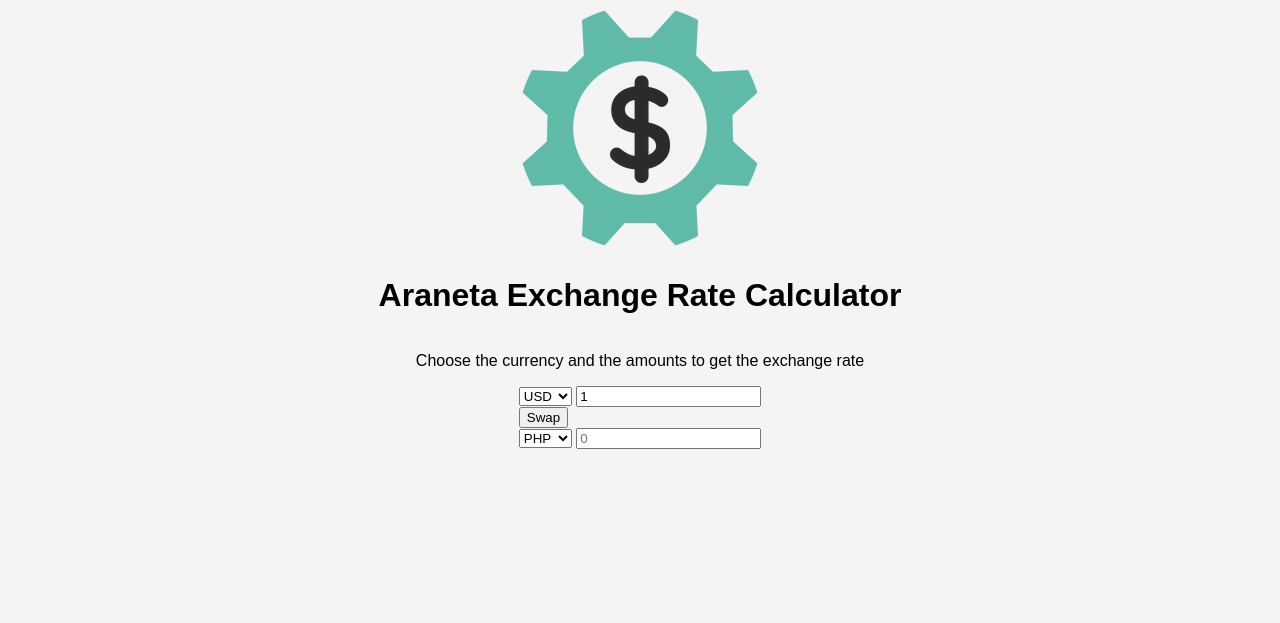
Repository: kenneth1175/ExchangeRateCalculator
Page: index.html
An editor plug-in stored every save of this project. The page is shown before and after the next save, followed by the edit.
The browser window is 1280 px wide. The pictures show the whole page.

Above is the page before, as saved 2025-10-03 19:29:27.

After the next save:
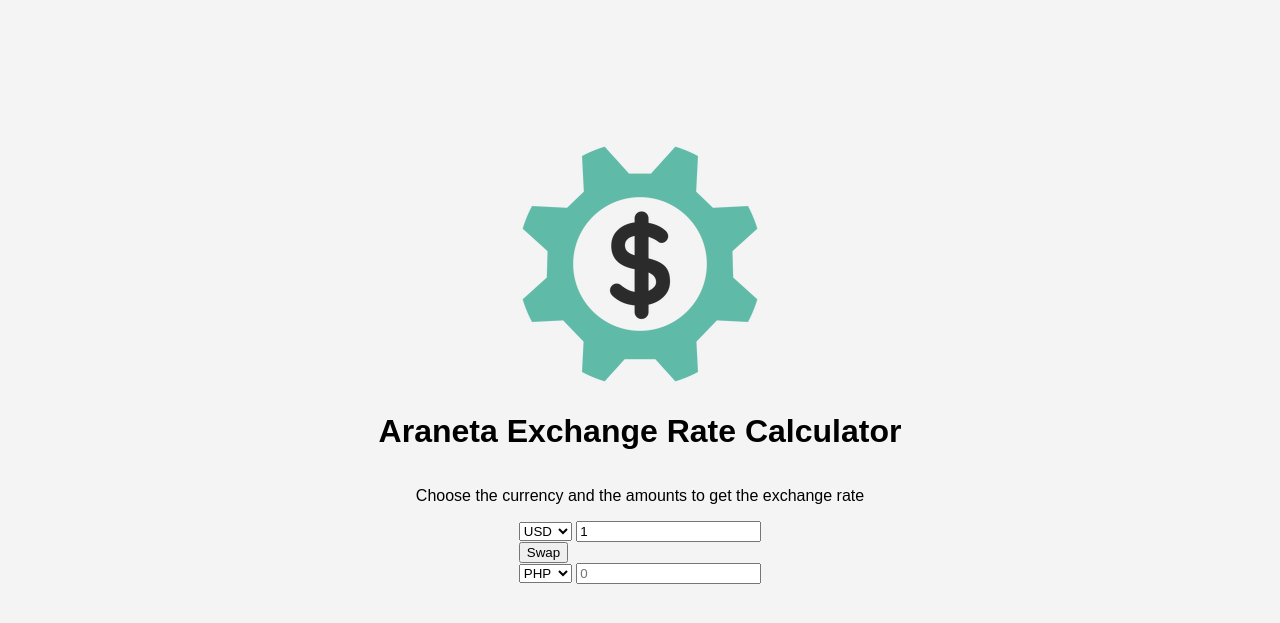
Saved 21 s later.
--- a/style.css
+++ b/style.css
@@ -13,6 +13,6 @@ body {
   flex-direction: column;
   align-items: center;
   justify-content: center;
-  /* t: 100vh; heigh */
+  height: 100vh;
   margin: 0;
 }
